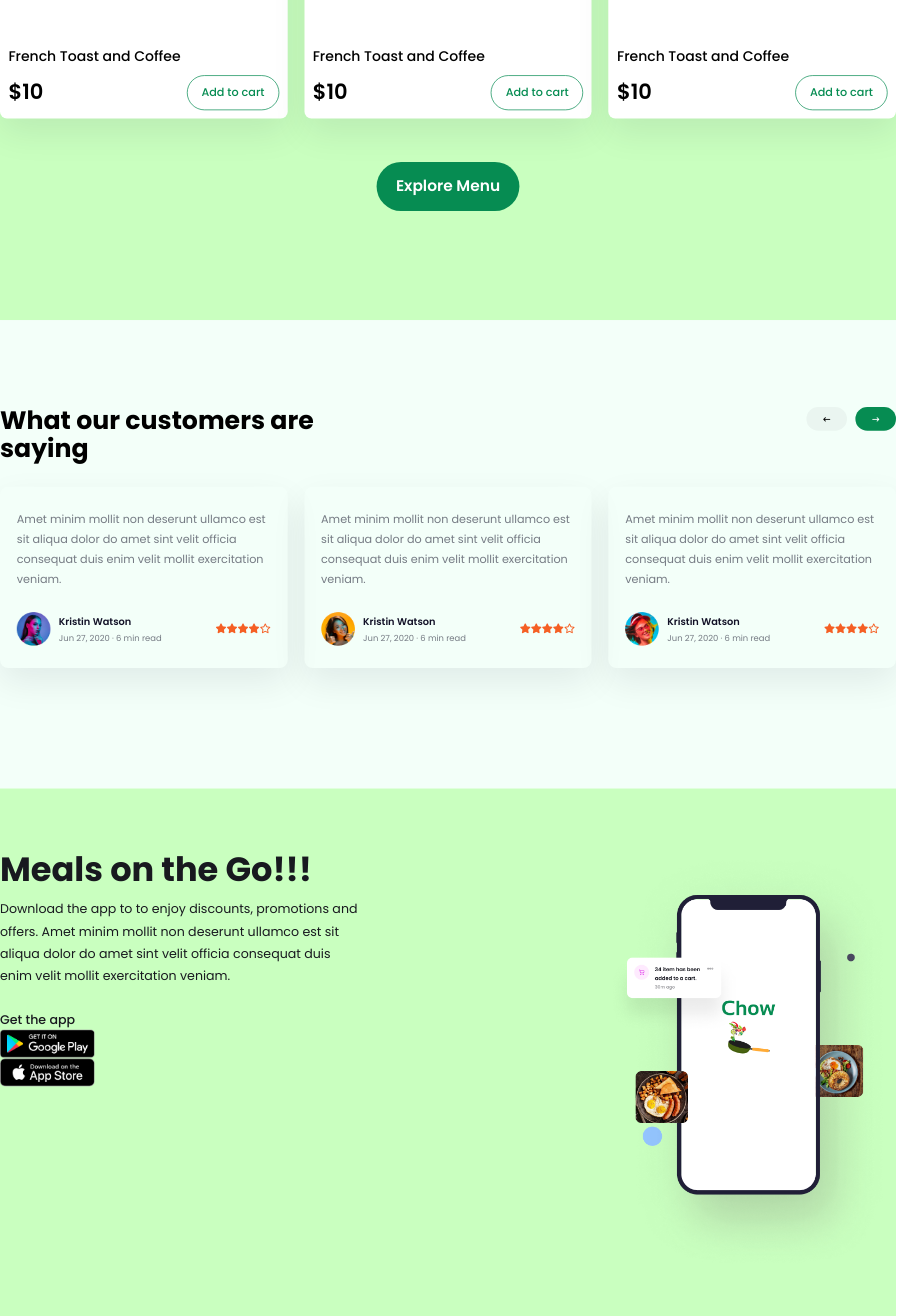
Repository: nguyennam1029/balbal
Page: index.html
These files come from the project's save history. The page is drawn as it stood at one moment and after the next save; the edit follows.
The browser window is 1280 px wide. The page is 1292 px wide, so the pictures cover 1292 px, including what lies to the right of the window. The pictures show the part of the page from y = 2019 to 3899 px (the page is 3899 px tall), at 70% of full size.
Some web libraries are served in a nearby version.

Above is the page before, as saved 2022-07-06 19:20:32.

### index.html
<!DOCTYPE html>
<html lang="en">
  <head>
    <meta charset="UTF-8" />
    <meta http-equiv="X-UA-Compatible" content="IE=edge" />
    <meta name="viewport" content="width=device-width, initial-scale=1.0" />
    <title>Chow</title>
    <link
      rel="stylesheet"
      href="https://cdnjs.cloudflare.com/ajax/libs/font-awesome/6.1.1/css/all.min.css"
      integrity="sha512-KfkfwYDsLkIlwQp6LFnl8zNdLGxu9YAA1QvwINks4PhcElQSvqcyVLLD9aMhXd13uQjoXtEKNosOWaZqXgel0g=="
      crossorigin="anonymous"
      referrerpolicy="no-referrer"
    />
    <link rel="stylesheet" href="css/grid.css" />
    <link rel="stylesheet" href="css/style.css" />
  </head>
  <body>
    <div class="app">
      <div class="grid wide">
        <div class="menu">
          <a href="#" class="menu-left">Chow</a>
          <ul class="menu-center">
            <li class="menu-center-item">
              <a href="#" class="menu-center--link active">Home</a>
            </li>
            <li class="menu-center-item">
              <a href="#" class="menu-center--link">Menu</a>
            </li>
            <li class="menu-center-item">
              <a href="#" class="menu-center--link">About</a>
            </li>
            <li class="menu-center-item">
              <a href="#" class="menu-center--link">Resturants</a>
            </li>
            <li class="menu-center-item">
              <a href="#" class="menu-center--link">Contact</a>
            </li>
          </ul>
          <ul class="menu-right">
            <li class="menu-right-item">
              <a href="#" class="menu-right--link">
                <i class="fa-solid fa-circle-user"></i>
              </a>
            </li>
            <li class="menu-right-item">
              <a href="#" class="menu-right--link active">
                <i class="fa-solid fa-bag-shopping"></i>
                <span class="menu-right--circle"></span>
              </a>
            </li>
          </ul>
        </div>
        <div class="banner">
          <div class="row">
            <div class="col l-6 m-12 c-12">
              <div class="banner-info">
                <h1 class="banner-title">Tasty Meals made for You</h1>
                <span class="banner-des"
                  >Amet minim mollit non deserunt ullamco est sit aliqua dolor
                  do amet sint. Velit officia consequat duis enim velit mollit.
                  Exercitation veniam consequat sunt nostrud amet.</span
                >
                <a href="#" class="banner-btn"> View Menu 🍲 </a>
              </div>
            </div>
            <div class="col l-6 m-12 c-12">
              <div class="banner-img">
                <img src="images/banner1.png" alt="" />
              </div>
            </div>
          </div>
        </div>
        <div class="statistical">
          <div class="row">
            <div class="col l-3 m-6 c-12">
              <div class="statistical-item">
                <h3 class="statistical-item--title">100%</h3>
                <span class="statistical-item--des">User satisfaction</span>
              </div>
            </div>
            <div class="col l-3 m-6 c-12">
              <div class="statistical-item">
                <h3 class="statistical-item--title">150+</h3>
                <span class="statistical-item--des">Resturants</span>
              </div>
            </div>
            <div class="col l-3 m-6 c-12">
              <div class="statistical-item">
                <h3 class="statistical-item--title">24/7</h3>
                <span class="statistical-item--des">Customer support</span>
              </div>
            </div>
            <div class="col l-3 m-6 c-12">
              <div class="statistical-item">
                <h3 class="statistical-item--title">250K</h3>
                <span class="statistical-item--des">Users served</span>
              </div>
            </div>
          </div>
        </div>
      </div>
      <div class="product">
        <div class="grid wide">
          <div class="product-top">
            <div class="row">
              <div class="col l-4 m-12 c-12">
                <h3 class="product-heading">Simple Meals for You</h3>
              </div>
              <!-- <div class="col l-8 m-12 c-12"> -->
              <ul class="tab-list col l-8 m-12 c-12">
                <li class="tab-item active l-2 m-3 c-4">All</li>
                <li class="tab-item l-2 m-3 c-4">Breakfast</li>
                <li class="tab-item l-2 m-3 c-4">Lunch</li>
                <li class="tab-item l-2 m-3 c-4">Dinner</li>
                <li class="tab-item l-2 m-3 c-4">Desert</li>
                <li class="tab-item l-2 m-3 c-4">Beverage</li>
              </ul>
              <!-- </div> -->
            </div>
          </div>
          <div class="product-list">
            <div class="row">
              <div class="col l-4 m-6 c-12">
                <div class="product-item">
                  <img
                    class="product-item--img"
                    src="images/product1.png"
                    alt=""
                  />
                  <div class="product-item--rating">
                    <i class="fa-solid fa-star"></i>
                    <span>4.5</span>
                  </div>
                  <div class="product-item--content">
                    <h4 class="product-item--name">French Toast and Coffee</h4>
                    <div class="product-item--footer">
                      <span class="product-item--price">$10</span>
                      <a href="#" class="product-item--btn">Add to cart</a>
                    </div>
                  </div>
                </div>
              </div>

              <div class="col l-4 m-6 c-12">
                <div class="product-item">
                  <img
                    class="product-item--img"
                    src="images/product1.png"
                    alt=""
                  />
                  <div class="product-item--rating">
                    <i class="fa-solid fa-star"></i>
                    <span>4.5</span>
                  </div>
                  <div class="product-item--content">
                    <h4 class="product-item--name">French Toast and Coffee</h4>
                    <div class="product-item--footer">
                      <span class="product-item--price">$10</span>
                      <a href="#" class="product-item--btn">Add to cart</a>
                    </div>
                  </div>
                </div>
              </div>

              <div class="col l-4 m-6 c-12">
                <div class="product-item">
                  <img
                    class="product-item--img"
                    src="images/product1.png"
                    alt=""
                  />
                  <div class="product-item--rating">
                    <i class="fa-solid fa-star"></i>
                    <span>4.5</span>
                  </div>
                  <div class="product-item--content">
                    <h4 class="product-item--name">French Toast and Coffee</h4>
                    <div class="product-item--footer">
                      <span class="product-item--price">$10</span>
                      <a href="#" class="product-item--btn">Add to cart</a>
                    </div>
                  </div>
                </div>
              </div>

              <div class="col l-4 m-6 c-12">
                <div class="product-item">
                  <img
                    class="product-item--img"
                    src="images/product1.png"
                    alt=""
                  />
                  <div class="product-item--rating">
                    <i class="fa-solid fa-star"></i>
                    <span>4.5</span>
                  </div>
                  <div class="product-item--content">
                    <h4 class="product-item--name">French Toast and Coffee</h4>
                    <div class="product-item--footer">
                      <span class="product-item--price">$10</span>
                      <a href="#" class="product-item--btn">Add to cart</a>
                    </div>
                  </div>
                </div>
              </div>

              <div class="col l-4 m-6 c-12">
                <div class="product-item">
                  <img
                    class="product-item--img"
                    src="images/product1.png"
                    alt=""
                  />
                  <div class="product-item--rating">
                    <i class="fa-solid fa-star"></i>
                    <span>4.5</span>
                  </div>
                  <div class="product-item--content">
                    <h4 class="product-item--name">French Toast and Coffee</h4>
                    <div class="product-item--footer">
                      <span class="product-item--price">$10</span>
                      <a href="#" class="product-item--btn">Add to cart</a>
                    </div>
                  </div>
                </div>
              </div>

              <div class="col l-4 m-6 c-12">
                <div class="product-item">
                  <img
                    class="product-item--img"
                    src="images/product1.png"
                    alt=""
                  />
                  <div class="product-item--rating">
                    <i class="fa-solid fa-star"></i>
                    <span>4.5</span>
                  </div>
                  <div class="product-item--content">
                    <h4 class="product-item--name">French Toast and Coffee</h4>
                    <div class="product-item--footer">
                      <span class="product-item--price">$10</span>
                      <a href="#" class="product-item--btn">Add to cart</a>
                    </div>
                  </div>
                </div>
              </div>
            </div>
            <div class="row">
              <div class="col c-12 product-menu">
                <a href="#" class="product-menu--btn">Explore Menu</a>
              </div>
            </div>
          </div>
        </div>
      </div>

      <!-- ĐÁNH GIÁ CMT  -->
      <div class="comment">
        <div class="grid wide">
          <div class="comment-top">
            <div class="row">
              <div class="col l-5">
                <h3 class="product-heading">What our customers are saying</h3>
              </div>
              <div class="col l-2 l-o-5">
                <div class="comment-btn">

                    <i
                      class="comment-top--icon fa-solid fa-arrow-left-long"
                    ></i>


                    <i
                      class="comment-top--icon active fa-solid fa-arrow-right-long"
                    ></i>
                  </div>
                </div>
            </div>
            <div class="comment-content">
              <div class="row">
                <!-- START-ITEM  -->
                  <div class="col l-4 m-6 c-12">
                    <div class="comment-item">
                      <span class="comment-title">
                        Amet minim mollit non deserunt ullamco est sit aliqua dolor do amet sint velit officia consequat duis enim velit mollit exercitation veniam.
                      </span>
                      <div class="comment-info">
                        <div class="info-left">
                          <img src="images/cmt1.png" alt="">
                          <div class="info-left--des">
                            <h4 class="info-left--name">Kristin Watson</h4>
                            <span class="info-left--time">Jun 27, 2020 · 6 min read</span>
                          </div>
                        </div>

                          <ul class="info-right--rating">
                            <li class="info-right--icon"><i class="fa-solid fa-star"></i></li>
                            <li class="info-right--icon"><i class="fa-solid fa-star"></i></li>
                            <li class="info-right--icon"><i class="fa-solid fa-star"></i></li>
                            <li class="info-right--icon"><i class="fa-solid fa-star"></i></li>
                            <li class="info-right--icon">
                              <i class="fa-regular fa-star"></i>
                            </li>
                          </ul>

                      </div>
                    </div>
                  </div>
                <!-- END-ITEM  -->

                <!-- START-ITEM  -->
                  <div class="col l-4 m-6 c-12">
                    <div class="comment-item">
                      <span class="comment-title">
                        Amet minim mollit non deserunt ullamco est sit aliqua dolor do amet sint velit officia consequat duis enim velit mollit exercitation veniam.
                      </span>
                      <div class="comment-info">
                        <div class="info-left">
                          <img src="images/cmt2.png" alt="">
                          <div class="info-left--des">
                            <h4 class="info-left--name">Kristin Watson</h4>
                            <span class="info-left--time">Jun 27, 2020 · 6 min read</span>
                          </div>
                        </div>

                          <ul class="info-right--rating">
                            <li class="info-right--icon"><i class="fa-solid fa-star"></i></li>
                            <li class="info-right--icon"><i class="fa-solid fa-star"></i></li>
                            <li class="info-right--icon"><i class="fa-solid fa-star"></i></li>
                            <li class="info-right--icon"><i class="fa-solid fa-star"></i></li>
                            <li class="info-right--icon">
                              <i class="fa-regular fa-star"></i>
                            </li>
                          </ul>

                      </div>
                    </div>
                  </div>
                <!-- END-ITEM  -->

                <!-- START-ITEM  -->
                  <div class="col l-4 m-6 c-12">
                    <div class="comment-item">
                      <span class="comment-title">
                        Amet minim mollit non deserunt ullamco est sit aliqua dolor do amet sint velit officia consequat duis enim velit mollit exercitation veniam.
                      </span>
                      <div class="comment-info">
                        <div class="info-left">
                          <img src="images/cmt3.png" alt="">
                          <div class="info-left--des">
                            <h4 class="info-left--name">Kristin Watson</h4>
                            <span class="info-left--time">Jun 27, 2020 · 6 min read</span>
                          </div>
                        </div>

                          <ul class="info-right--rating">
                            <li class="info-right--icon"><i class="fa-solid fa-star"></i></li>
                            <li class="info-right--icon"><i class="fa-solid fa-star"></i></li>
                            <li class="info-right--icon"><i class="fa-solid fa-star"></i></li>
                            <li class="info-right--icon"><i class="fa-solid fa-star"></i></li>
                            <li class="info-right--icon">
                              <i class="fa-regular fa-star"></i>
                            </li>
                          </ul>

                      </div>
                    </div>
                  </div>
                <!-- END-ITEM  -->
              </div>
            </div>
            </div>
          </div>
        </div>
      </div>
      <!-- END ĐÁNH GIÁ CMT  -->

      <!-- TRANSPORT VẬN CHUYỂN  -->
      <div class="transport">
        <div class="grid wide">
          <div class="row transport-list">
            <div class="col l-5">
              <div class="transport-item">
                <h4 class="transport-item--title">Meals on the Go!!!</h4>
                <span class="transport-item--des">Download the app to to enjoy discounts, promotions and offers.
Amet minim mollit non deserunt ullamco est sit aliqua dolor do amet sint velit officia consequat duis enim velit mollit exercitation veniam.</span>
                <div class="getApp">
                  <span class="getApp-title">Get the app</span>
                  <div class="getApp-img">
                    <a href="#" class="getApp-img--link">
                      <img src="images/Google Play Badge.png" alt="">
                    </a>
                    <a href="#" class="getApp-img--link">
                      <img src="images/App Store Badge.png" alt="">
                    </a>
                  </div>
                </div>
</div>
            </div>
            <div class="col l-4 l-o-3">
              <div class="transport-item">
                <img src="images/transport.png" alt="">
              </div>

            </div>
          </div>
        </div>
      </div>
      <!-- END TRANSPORT VẬN CHUYỂN  -->
    </div>
  </body>
</html>

Loaded but not shown: css/style.css (516 lines, source omitted); css/grid.css (592 lines, source omitted)

After the next save:
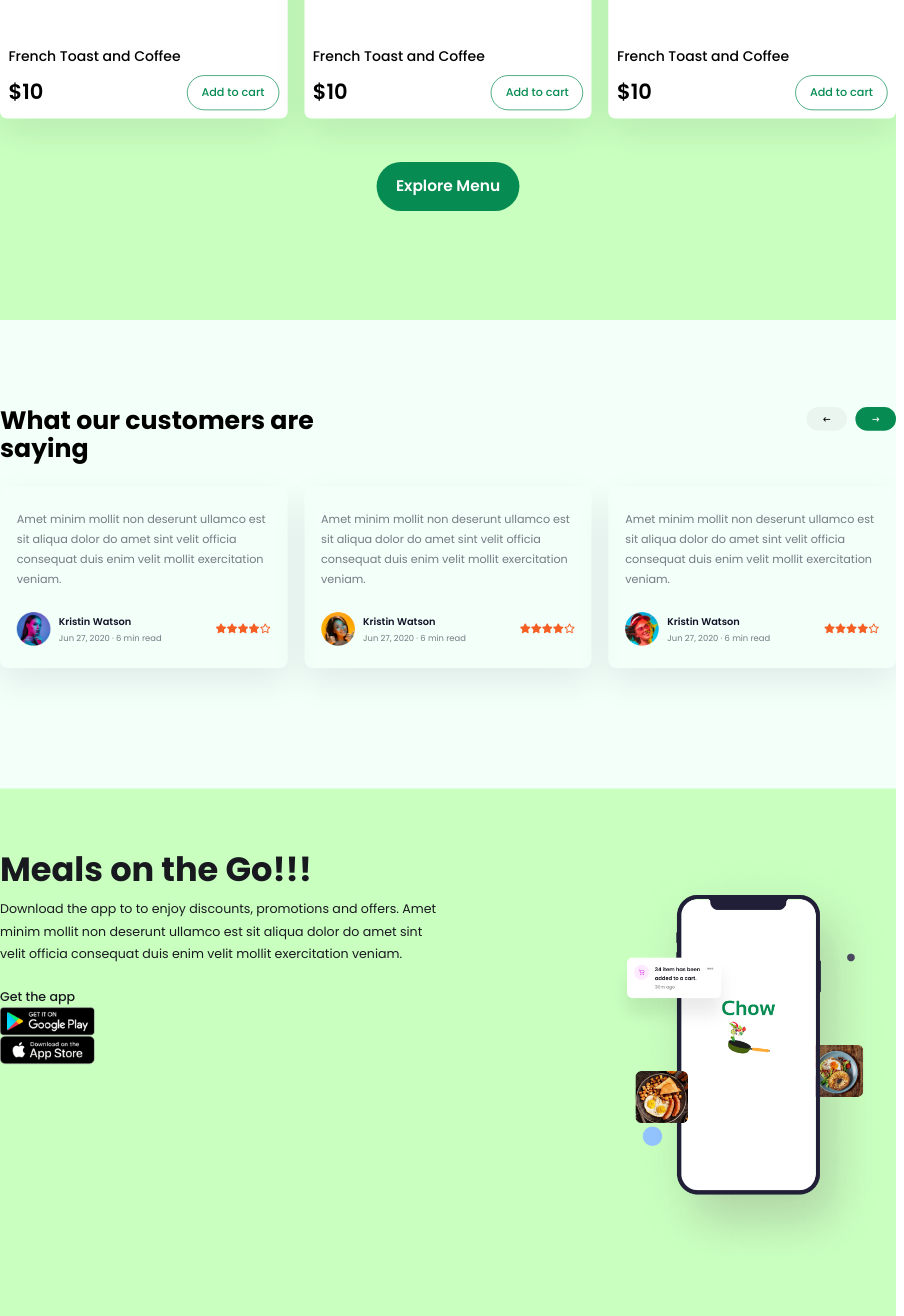
Saved 28 s later.
--- a/index.html
+++ b/index.html
@@ -381,7 +381,7 @@
       <div class="transport">
         <div class="grid wide">
           <div class="row transport-list">
-            <div class="col l-5">
+            <div class="col l-6">
               <div class="transport-item">
                 <h4 class="transport-item--title">Meals on the Go!!!</h4>
                 <span class="transport-item--des">Download the app to to enjoy discounts, promotions and offers.
@@ -399,7 +399,7 @@
                 </div>
 </div>
             </div>
-            <div class="col l-4 l-o-3">
+            <div class="col l-4 l-o-2">
               <div class="transport-item">
                 <img src="images/transport.png" alt="">
               </div>

After the save that followed:
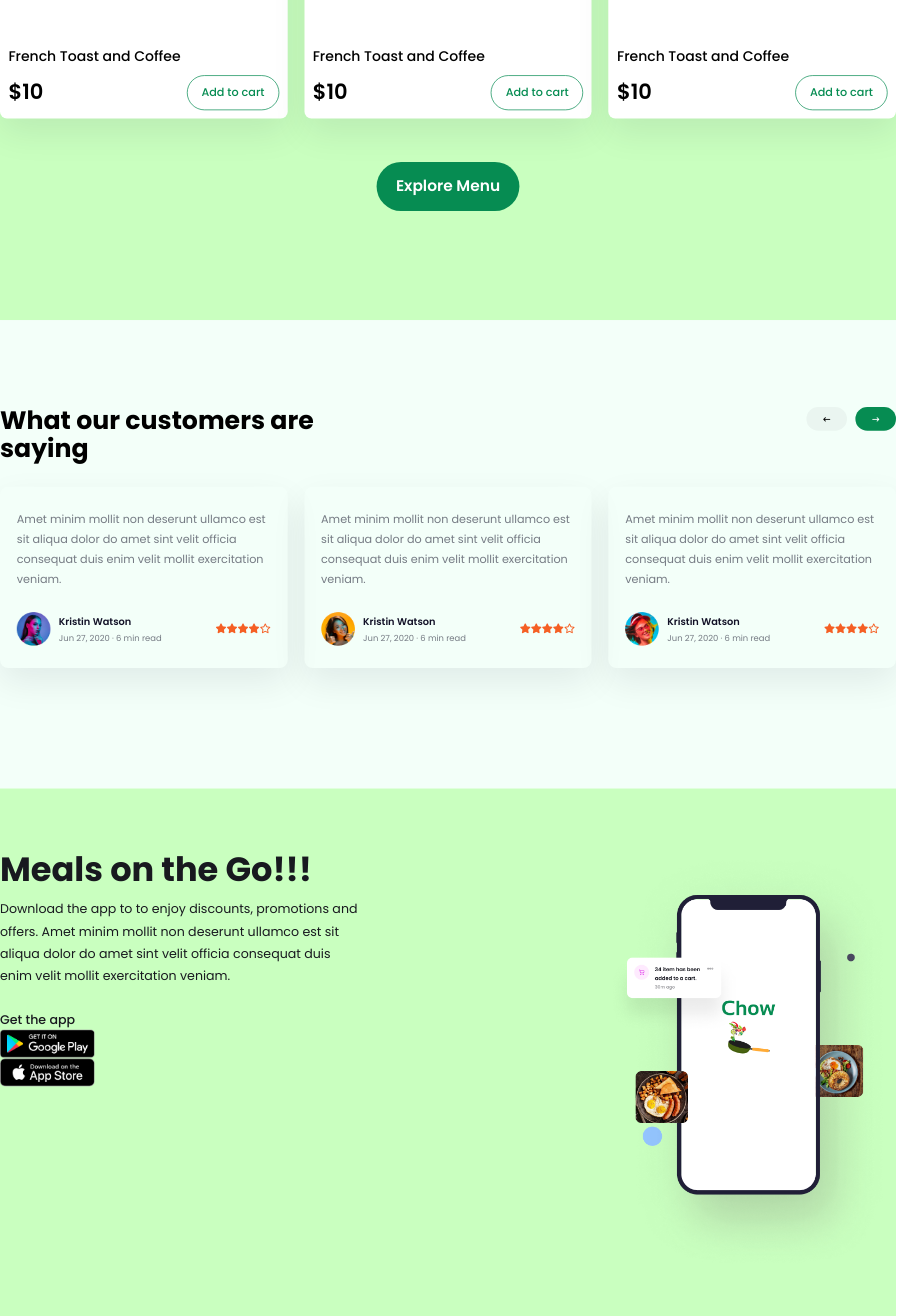
Saved 14 s later.
--- a/index.html
+++ b/index.html
@@ -381,7 +381,7 @@
       <div class="transport">
         <div class="grid wide">
           <div class="row transport-list">
-            <div class="col l-6">
+            <div class="col l-5">
               <div class="transport-item">
                 <h4 class="transport-item--title">Meals on the Go!!!</h4>
                 <span class="transport-item--des">Download the app to to enjoy discounts, promotions and offers.
@@ -399,7 +399,7 @@
                 </div>
 </div>
             </div>
-            <div class="col l-4 l-o-2">
+            <div class="col l-4 l-o-3">
               <div class="transport-item">
                 <img src="images/transport.png" alt="">
               </div>
